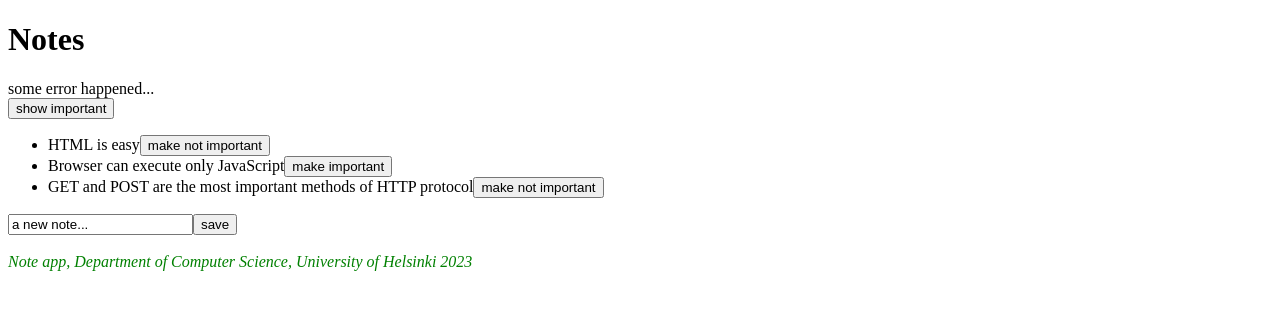
Repository: LordThiouk/part1
Page: /
The author's editor kept a copy of each file at every save. The page is drawn from the files as they stood at one save, then again after the next save.
The browser window is 1280 px wide. The pictures show the whole page.
The project was rebuilt for these pictures with package versions that can differ from the ones it lists, and the page was loaded fresh each time. Requests to the local data server were answered from the project's data file. Also part of the build but not shown: vite.config.js.

Above is the page before, as saved 2023-09-26 02:51:16.

### src/App.jsx
import { useState, useEffect } from 'react'
import Note from './components/Note'
import noteService from './services/notes'
  const App = () => {
  const [notes, setNotes] = useState([])
  const [newNote, setNewNote] = useState(
    'a new note...'
  )
  const [errorMessage, setErrorMessage] = useState('some error happened...')
  const [showAll, setShowAll] = useState(true)
  useEffect(() => {
    noteService
      .getAll()
      .then(response => {
        setNotes(response.data)
      })
  }, [])
  console.log('render', notes.length, 'notes')
  const notesToShow = showAll
    ? notes
    : notes.filter(note => note.important === true)

  const addNote = (event) => {
    event.preventDefault()
    const noteObject = {
      content: newNote,
      important: Math.random() < 0.5,
    }
    noteService
      .create(noteObject)
      .then(response => {
        setNotes(notes.concat(response.data))
        setNewNote('')
      })

  }

  const handleNoteChange = (event) => {
    console.log(event.target.value)
    setNewNote(event.target.value)
  }
  const toggleImportanceOf = id => {
    const note = notes.find(n => n.id === id)
    const changedNote = { ...note, important: !note.important }

    noteService
    .update(id, changedNote)
    .then(returnedNote => {
      setNotes(notes.map(note =>
        note.id !== id
        ? note
        : returnedNote))
    })
    .catch(error => {
      setErrorMessage(
        `Note '${note.content}' was already removed from server`
      )
      setTimeout(() => {
        setErrorMessage(null)
      }, 5000)
      setNotes(notes.filter(n => n.id !== id))
    })
  }
  return (
    <div>
      <h1>Notes</h1>
      <Notification message={errorMessage} />
        <button onClick={() => setShowAll(!showAll)}>
          show {showAll ? 'important' : 'all' }
        </button>

      <ul>
        {notesToShow.map(note =>
          <Note
          key={note.id}
          note={note}
          toggleImportance={() =>
    toggleImportanceOf(note.id)}
          />
          )}
      </ul>
      <form onSubmit={addNote}>
        <input
          value={newNote}
          onChange={handleNoteChange}
        />
        <button type="submit">save</button>
      </form>
      <Footer/>
    </div>
  )
}
const Notification = ({ message }) => {
  if (message === null) {
    return null
  }

  return (
    <div className='error'>
      {message}
    </div>
  )
}
const Footer = () => {
  const footerStyle = {
    color: 'green',
    fontStyle: 'italic',
    fontSize: 16
  }
  return (
    <div style={footerStyle}>
      <br />
      <em>Note app, Department of Computer Science, University of Helsinki 2023</em>
    </div>
  )
}


export default App

### src/components/Note.jsx
const Note = ({ note, toggleImportance }) => {
  const label = note.important
    ? 'make not important' : 'make important'

  return (
    <li className="note">
      {note.content}
      <button onClick={toggleImportance}>{label}</button>
    </li>
  )
}

  export default Note

### src/services/notes.js
import axios from 'axios'
const baseUrl = 'http://localhost:3001/notes'

const getAll = () => {
  return axios.get(baseUrl)
}

const create = newObject => {
  return axios.post(baseUrl, newObject)
}

const update = (id, newObject) => {
  return axios.put(`${baseUrl}/${id}`, newObject)
}

export default { getAll, create, update }

Loaded but not shown: index.html (common file); src/main.jsx (common file); db.json (common file)

After the next save:
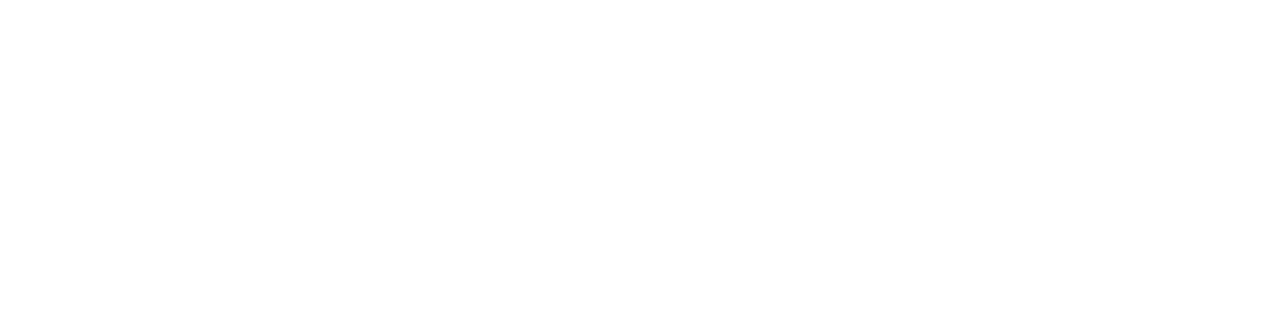
Console error: ReferenceError: Footer is not defined
Saved 2 min 33 s later.
--- a/src/App.jsx
+++ b/src/App.jsx
@@ -101,19 +101,7 @@
     </div>
   )
 }
-const Footer = () => {
-  const footerStyle = {
-    color: 'green',
-    fontStyle: 'italic',
-    fontSize: 16
-  }
-  return (
-    <div style={footerStyle}>
-      <br />
-      <em>Note app, Department of Computer Science, University of Helsinki 2023</em>
-    </div>
-  )
-}
+
 
 
 export default App

After the save that followed:
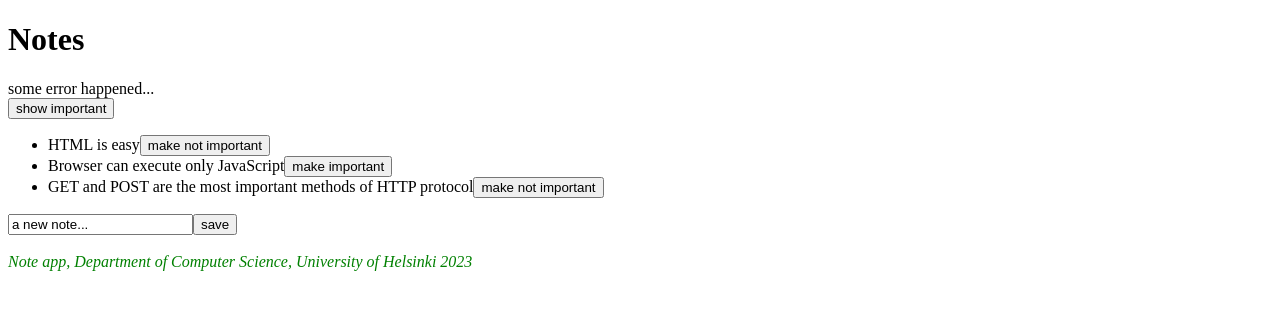
The error is gone.
Saved 14 s later.
--- a/src/App.jsx
+++ b/src/App.jsx
@@ -101,7 +101,19 @@
     </div>
   )
 }
-
+const Footer = () => {
+  const footerStyle = {
+    color: 'green',
+    fontStyle: 'italic',
+    fontSize: 16
+  }
+  return (
+    <div style={footerStyle}>
+      <br />
+      <em>Note app, Department of Computer Science, University of Helsinki 2023</em>
+    </div>
+  )
+}
 
 
 export default App
